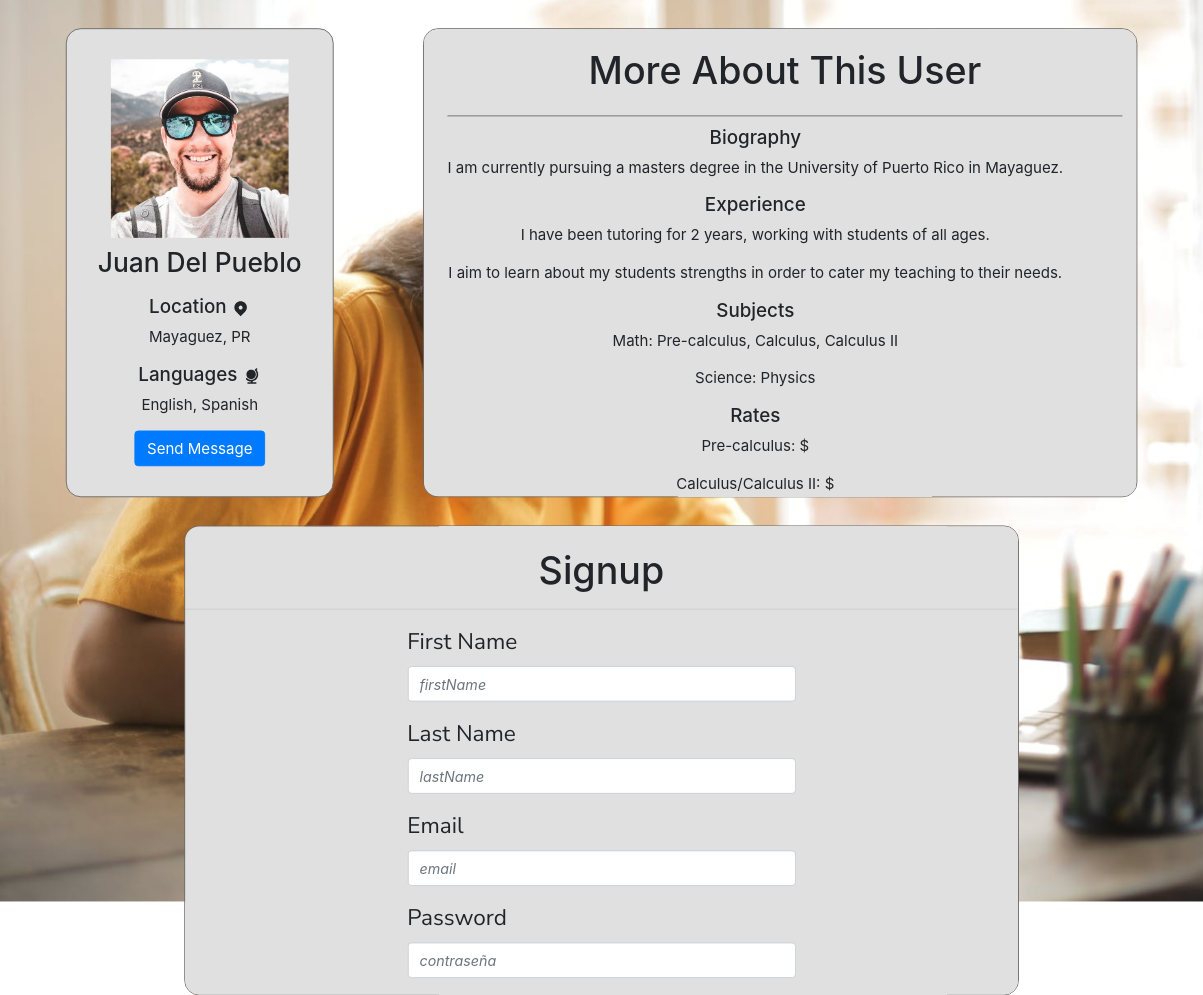
Repository: uprm-inso-4117-2020-2021-s2/semester-project-uprm-inso-4117-2020-2021-s2-team-7
Page: / (app in tutorfinder/)
An editor plug-in stored every save of this project. The page is shown before and after the next save, followed by the edit.
The browser window is 1280 px wide. The pictures show the whole page, at 94% of full size.
An inner scrolling area shows only its first screen. The project was rebuilt for these pictures with package versions that can differ from the ones it lists, and the page was loaded fresh each time. Also part of the build but not shown: tutorfinder/src/components/Navbar.css, tutorfinder/src/components/Navbar.js, tutorfinder/src/Nav.js, tutorfinder/src/Signup.js, tutorfinder/src/Login.js, tutorfinder/src/Home.js, tutorfinder/src/BulletinBoard.css, tutorfinder/src/TutorBox.css and 2 more.

Above is the page before, as saved 2021-03-30 23:41:18.

### tutorfinder/src/App.js
import React from 'react';
import Navbar from './components/Navbar';
import TutorInfo from './components/TutorInfo'
import './App.css';
import Home from './Home';
import 'bootstrap/dist/css/bootstrap.min.css';
import BulletinBoard from './BulletinBoard';
import Nav from './Nav.js';
import SignupPage from "./SignupPage";

function App() {
  return (
    <div className="App">
      <head>
        <link
          rel="stylesheet"
          href="https://cdn.jsdelivr.net/npm/bootstrap@4.6.0/dist/css/bootstrap.min.css"
          integrity="sha384-B0vP5xmATw1+K9KRQjQERJvTumQW0nPEzvF6L/Z6nronJ3oUOFUFpCjEUQouq2+l"
          crossorigin="anonymous"
        />
      </head>
      {/* <Home></Home> */}
      <TutorInfo></TutorInfo>
      <SignupPage></SignupPage>
        {/* <Navbar fixed="top" />
        <TutorInfo /> */}
        {/* <BulletinBoard></BulletinBoard> */}

    </div>
  );
}



export default App;

### tutorfinder/src/components/TutorInfo.js
import React, { Component } from 'react';
import "./TutorInfo.css";
import { Col, Row, Container, Button } from 'react-bootstrap';
import pfp from "../assets/pfp.png";
import { TiLocation, TiGlobe } from "react-icons/ti";

class TutorInfo extends Component {
    render() {
        return(
            <Container>
                <Row>
                    <Col className='Profile' sm={3}>
                        <img src={pfp} className="pfp" alt="pfp"/>
                        <h3 className='Name'> Juan Del Pueblo </h3>
                        <h5> Location <TiLocation /> </h5>
                        <p> Mayaguez, PR </p>
                        <h5> Languages <TiGlobe /> </h5>
                        <p> English, Spanish </p>
                        <Button className='msgbutton' variant="primary"> Send Message </Button>{''}
                     </Col>

                     <Col className='Info' sm={{ span: 8, offset: 1 }}>
                        <div className='More'>
                            <h1> More About This User </h1>
                        </div>
                        <ul>
                            <h5>Biography</h5>
                            <p>I am currently pursuing a masters degree in the University of Puerto Rico in Mayaguez. </p>

                            <h5>Experience</h5>
                            <p> I have been tutoring for 2 years, working with students of all ages. </p>
                            <p> I aim to learn about my students strengths in order to cater my teaching to their needs. </p>

                            <h5>Subjects</h5>
                            <p> Math: Pre-calculus, Calculus, Calculus II</p>
                            <p> Science: Physics </p>

                            <h5>Rates</h5>
                            <p> Pre-calculus: $ </p>
                            <p> Calculus/Calculus II: $ </p>
                            <p> Physics: $ </p>

                            <h5>Availability</h5>
                            <p> Weekday daytime </p>
                            <p> Weekday evening </p>
                        </ul>
                     </Col>
                </Row>
            </Container>
        )
    }
}

export default TutorInfo;

### tutorfinder/src/SignupPage.js
import React from "react";
import "./App.css";
import "./SignupPage.css"

import { Input, FormGroup, Label, Form, Container, Button, Col, InputGroup, InputGroupAddon, InputGroupText } from 'reactstrap';

class SignupPage extends React.Component {

  render() {

    return (
      <div className="container  ">

          <div className=" body center">
<br></br>
          <h1 className="">Signup</h1>
          <hr></hr>
          <div className="content center">
            <Form className=""  >

            <Col className="">
                <FormGroup inline>
                  <div className="text-left">
                    <Label >First Name</Label>
                  </div>

                  <Input
                    type="firstName"
                    name="firstName"

                    id="examplefirstName"
                    placeholder="firstName"
                    className="size"
                  />
                </FormGroup>
              </Col>

              <Col className="">
                <FormGroup inline>
                  <div className="text-left">
                    <Label >Last Name</Label>
                  </div>

                  <Input
                    type="lastName"
                    name="lastName"

                    id="examplelastName"
                    placeholder="lastName"
                    className="size"
                  />
                </FormGroup>
              </Col>

              <Col className="">
                <FormGroup inline>
                  <div className="text-left">
                    <Label >Email</Label>
                  </div>

                  <Input
                    type="email"
                    name="email"

                    id="exampleEmail"
                    placeholder="email"
                    className="size"
                  />
                </FormGroup>
              </Col>

              <Col className="">
                <FormGroup >
                  <div className="text-left">
                    <Label for="">Password</Label>
                  </div>

                  <Input
                    type="password"
                    name="password"

                    id="examplePassword"
                    placeholder="contraseña"
                    className="size"
                  />
                </FormGroup>
              </Col>

              <Col className="">
                <FormGroup >
                  <div className="text-left">
                    <Label for="">Location</Label>
                  </div>

                  <Input
                    type="location"
                    name="location"

                    id="examplelocation"
                    placeholder="location"
                    className="size"
                  />
                </FormGroup>
              </Col>

              <Col className="">
                <FormGroup >
                  <div className="text-left">
                    <Label for="">Languages</Label>
                  </div>

                  <Input type="select" name="selectMulti" id="exampleSelectMulti" multiple>
          <option>Spanish</option>
          <option>English</option>
          <option>French</option>
          <option>Mandarin</option>
          <option>Italian</option>
        </Input>



                </FormGroup>
              </Col>

              <Col className="">
                <FormGroup >
                  <div className="text-left">
                    <Label for="">Biograpy</Label>
                  </div>

                  <Input
                    type="biography"
                    name="biography"

                    id="examplebiography"
                    placeholder="Write a short introduction"
                    className="size"
                  />
                </FormGroup>
              </Col>

              <Col className="">
                <FormGroup >
                  <div className="text-left">
                    <Label for="">Experience</Label>
                  </div>

                  <Input
                    type="experience"
                    name="experience"

                    id="examplebexperience"
                    placeholder="experience"
                    className="size"
                  />
                </FormGroup>
              </Col>

              <Col className="">
                <FormGroup >
                  <div className="text-left">
                    <Label for="">Subjects</Label>
                  </div>

                  <Input type="select" name="selectMulti" id="exampleSelectMulti" multiple>
          <option>Math</option>
          <option>English</option>
          <option>Spanish</option>
          <option>Science</option>
          <option>Social Studies</option>
        </Input>
                </FormGroup>
              </Col>

              <Col className="">
                <FormGroup >
                  <div className="text-left">
                    <Label for="">Rates</Label>
                  </div>

                  <InputGroupAddon addonType="append">
          <InputGroupText>$</InputGroupText>
          <Input placeholder="Dolla dolla billz yo!" />

        </InputGroupAddon>
                </FormGroup>
              </Col>

              <Col className="">
                <FormGroup >
                  <div className="text-left">
                    <Label for="">Availability</Label>
                  </div>

                  <Input type="select" name="selectMulti" id="exampleSelectMulti" multiple>
          <option>Sunday</option>
          <option>Monday</option>
          <option>Tuesday</option>
          <option>Wednesday</option>
          <option>Thursday</option>
          <option>Friday</option>
          <option>Saturday</option>
        </Input>
                </FormGroup>
              </Col>

              <div className="text-right">


                <Button color="danger" type="submit" className="text-right"  >Done</Button>

              </div>
            </Form>
            <br></br>
            </div>

          </div>

      </div>

    );
  }
}

export default SignupPage;

### tutorfinder/src/components/TutorInfo.css
.container {
    padding-top: 30px;
    width: 30%;
}

.Profile {
  padding: 2rem;
  border: 2px solid #fff;
  text-align: center;
  background-color: #E0E0E0;
  border: 1px solid #6F6B6B;
  border-radius: 1rem!important;
}

.pfp {
    text-align: center;
    width: 75%;
}

.Info {
    padding: 1rem;
    border: 1px solid #6F6B6B;
    background-color: #E0E0E0;
    border-radius: 1rem!important;
    overflow-y: auto;
}

.Name {
    padding: 10px;
}

.More {
    border-bottom: 1px solid #6F6B6B;
    padding-bottom: 15px;
    padding-top: 5px;
    margin-left: 10px;
}

ul {
    margin-left: 10px;
    padding-top: 10px;
    overflow-y: auto;
    position: absolute;
    white-space: nowrap;
}

::-webkit-scrollbar {
    width: 0px;
    background: transparent;
}

* {
  -ms-overflow-style: none !important;
}

### tutorfinder/src/Home.css
@import url('https://fonts.googleapis.com/css2?family=Nunito+Sans&display=swap');

body {
    background: url('assets/main.png');
    background-repeat: no-repeat;
    background-size: cover;
    background-position-y: -100px;
}


.box {
    margin-left: 30%;
    width: 40%;
    background: rgba(255, 255, 255, 0.65);
    border-radius: 25px;
    padding: 20px;
}

.boxTitle {
    font-family: Nunito Sans;
    font-style: normal;
    font-weight: bold;
    font-size: 40px;
    line-height: 50px;
    text-align: center;

    color: #333333;
}

.boxText {
    font-family: Nunito Sans;
    font-style: normal;
    font-weight: 300;
    font-size: 24px;
    line-height: 29px;
    text-align: center;

    color: #000000;
}

.form-control:focus {
    box-shadow: none;
}

.form-control-underlined {
    border-width: 0;
    border-bottom-width: 1px;
    border-radius: 0;
    padding-left: 0;
}

.form-control::placeholder {
    font-size: 0.95rem;
    color: #aaa;
    font-style: italic;
  }

### tutorfinder/src/Nav.css
@import url("https://fonts.googleapis.com/css2?family=Nunito+Sans&display=swap");

.title {
  font-family: "Nunito Sans", sans-serif;
  font-style: normal;
  font-weight: bold;
  font-size: 48px;
  line-height: 65px;

}

.navBar {
    table-layout: fixed;
  background-color: #5d7fc5;
  width: 100%;
}

.buttons {
  background: #e0e0e0;
  border-radius: 45px;
  outline: none;
  border-style: solid;

}

.buttonLetters {
  font-family: "Nunito Sans", sans-serif;
  font-style: normal;
  font-weight: 300;
  font-size: 1.8em;
  line-height: 41px;
  text-align: center;
  padding-right: 10%;
  padding-left: 10%;

}

.left{
text-align: left;
padding-left: 2.5%;
width: 50%;
}

.right{
    text-align: left;
    padding-right: 10%;
    width: 20%;
}

.middle{
    /* background-color: red; */
    text-align: right;
    padding-right: 2.5%;
}

### tutorfinder/src/SignupPage.css

.body{

    position: relative;
  text-align: center;
  width: 80%;
height: 500px;
  border: 2px solid #fff;
  text-align: center;
  background-color: #E0E0E0;
  border: 1px solid #6F6B6B;
  border-radius: 1rem!important;
  overflow-x: hidden;
  overflow-y: auto;
}

.container{
    text-align: center;

}

.content{
    position: relative;
    text-align: center;
    width: 50%;

}

.center{
    margin-left: auto;
    margin-right: auto;

}

### tutorfinder/src/Welcome.css

@import url("https://fonts.googleapis.com/css2?family=Nunito+Sans&display=swap");

.background{
background-image: url("./assets/bg.png");
width:100%;
height:60em;
position:relative;
}

.square{
    background: rgba(255, 255, 255, 0.65);
border-radius: 25px;
text-align: center;
}

.everything{
    position:absolute;
    top:50%;
    left:50%;
    width :75%;
    height:25%;
    margin-left:-37.5%;
    margin-top:5%;

}

.search{
    width: 100%;
    background: #FFFFFF;
box-shadow: 0px 4px 4px rgba(0, 0, 0, 0.25);
border-radius: 50px;
height: 1.5em;
}

.paragraph{
    font-family: "Nunito Sans", sans-serif;
font-style: normal;
font-weight: 300;
font-size: 1.5em;
line-height: 49px;
text-align: center;
}

.heading{
    font-family: "Nunito Sans", sans-serif;
font-style: normal;
font-weight: bold;
font-size: 3em;
line-height: 87px;
text-align: center;
}

.login{
    position:absolute;
    top:50%;
    left:50%;
    width :75%;
    height:50%;
    margin-left:-37.5%;
    margin-top:5%;
    text-align: center;
    background: rgba(255, 255, 255, 0.65);
    border-radius: 25px;
}

.signup{
    position:absolute;
    top:40%;
    left:50%;
    width :75%;
    height:60%;
    margin-left:-37.5%;
    margin-top:5%;
    text-align: center;
    background: rgba(255, 255, 255, 0.65);
    border-radius: 25px;
}


.size{
    width: 75%;
    background-color: aqua;
}

.fullWidth{
    width: 100%;
}

.text-right{
    text-align: right;

}

.text-left{
    text-align: left;

    font-family: "Nunito Sans", sans-serif;
    font-size: 1.5em;
}

.submit{
    font-family: "Nunito Sans", sans-serif;
    font-style: normal;
    font-weight: 300;
    font-size: 1.2em;
line-height: 200%;
    text-align: center;
    padding-right: 2%;
    padding-left: 2%;
}

.color{
    background-color: red;
}

Loaded but not shown: tutorfinder/public/index.html (common file); tutorfinder/src/index.js (common file); tutorfinder/src/index.css (common file); tutorfinder/src/reportWebVitals.js (common file); tutorfinder/src/App.css (common file)

After the next save:
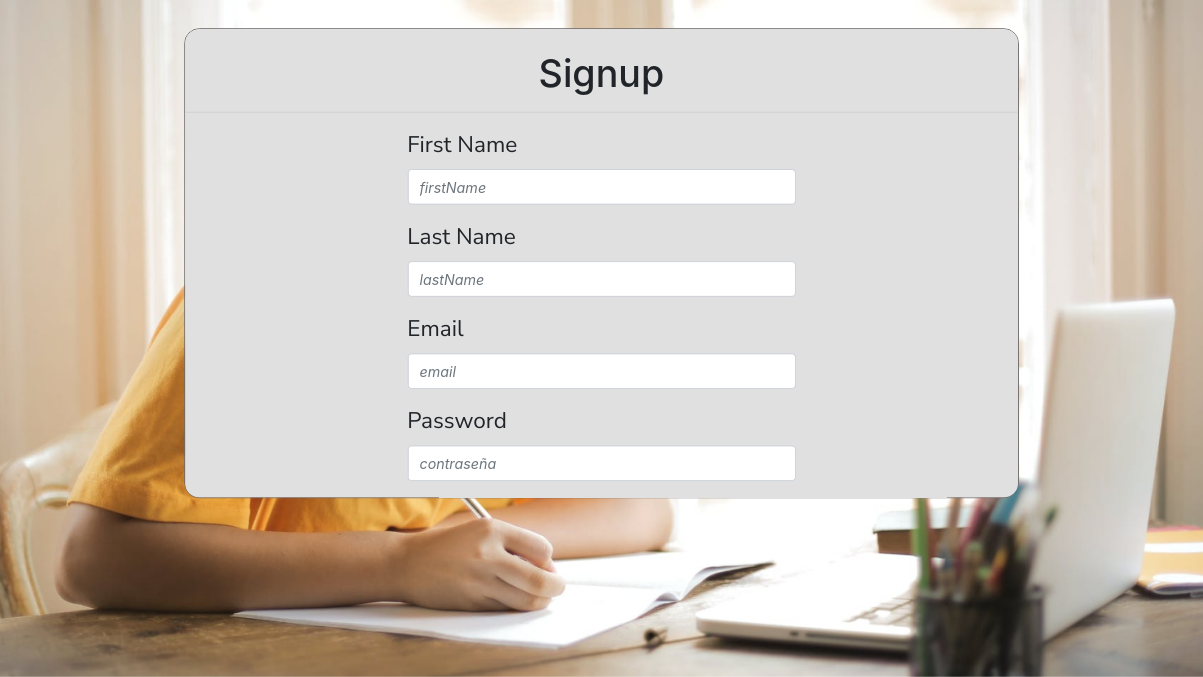
Saved 19 s later.
--- a/tutorfinder/src/App.js
+++ b/tutorfinder/src/App.js
@@ -20,7 +20,7 @@ function App() {
         />
       </head>
       {/* <Home></Home> */}
-      <TutorInfo></TutorInfo>
+      {/* <TutorInfo></TutorInfo> */}
       <SignupPage></SignupPage>
         {/* <Navbar fixed="top" />
         <TutorInfo /> */}
